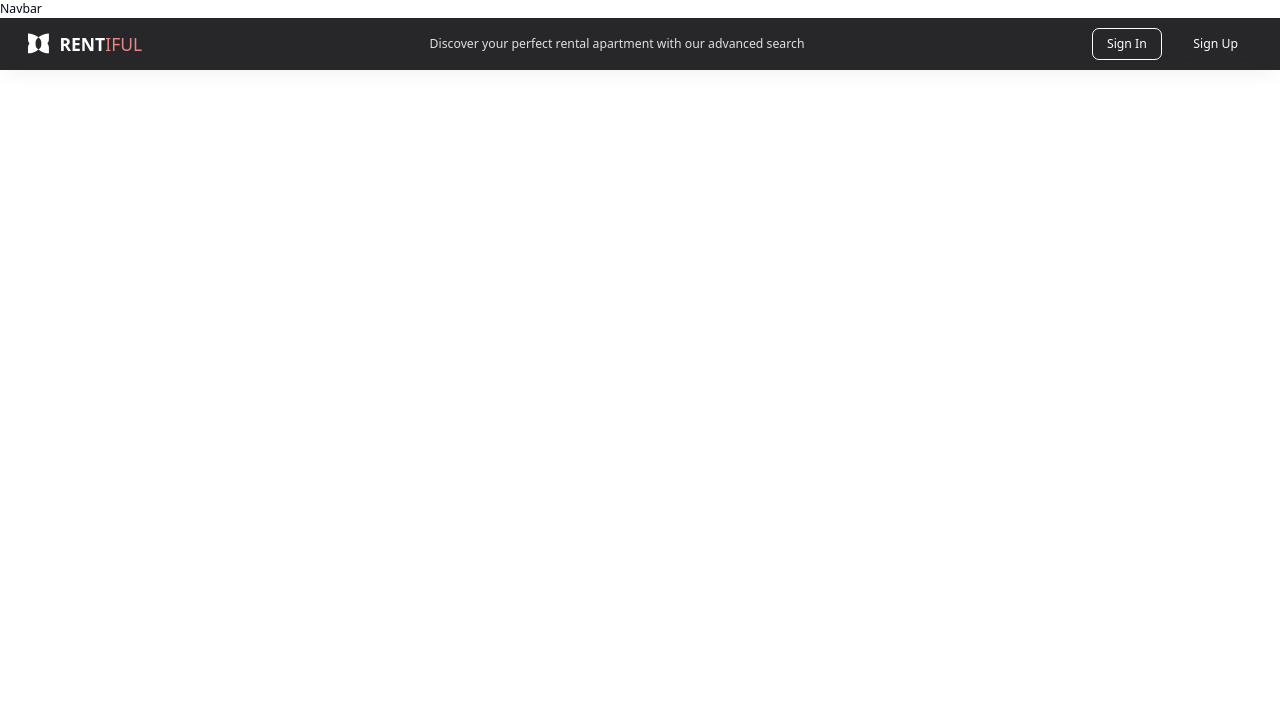
Repository: richiectr360/real-estate-prod
Page: /landing (app in client/)
An editor plug-in stored every save of this project. The page is shown before and after the next save, followed by the edit.
The browser window is 1280 px wide. The pictures show the whole page.
The page's requests for data from a server got no answer. The project was rebuilt for these pictures with package versions that can differ from the ones it lists, and the page was loaded fresh each time. The framework's server and built-in components were replaced by stand-ins that run in the browser. No one was signed in, and anything a server would have sent is missing. Also part of the build but not shown: client/next.config.ts.

Above is the page before, as saved 2025-05-21 20:59:16.

After the next save:
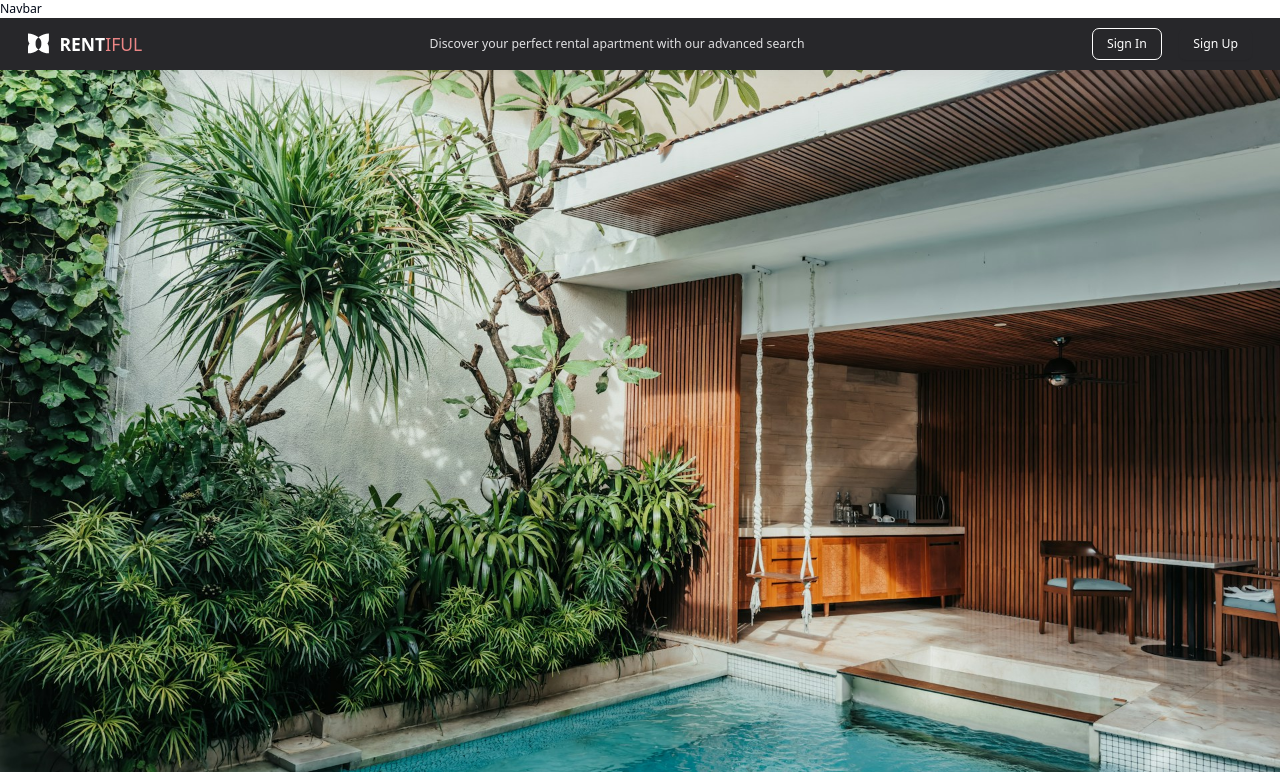
Saved 65 s later.
--- a/client/src/app/(nondashboard)/landing/HeroSection.tsx
+++ b/client/src/app/(nondashboard)/landing/HeroSection.tsx
@@ -95,11 +95,20 @@
 
 // export default HeroSection;
 
+import Image from 'next/image'
 import React from 'react'
 
 const HeroSection = () => {
   return (
-    <div>HeroSection</div>
+    <div className='relative h-screen'>
+        <Image
+        src='/landing-splash.jpg'
+        alt='Rentiful Rental Platform Hero Section'
+        fill
+        className='object-cover object-center'
+        priority
+        />
+    </div>
   )
 }
 
